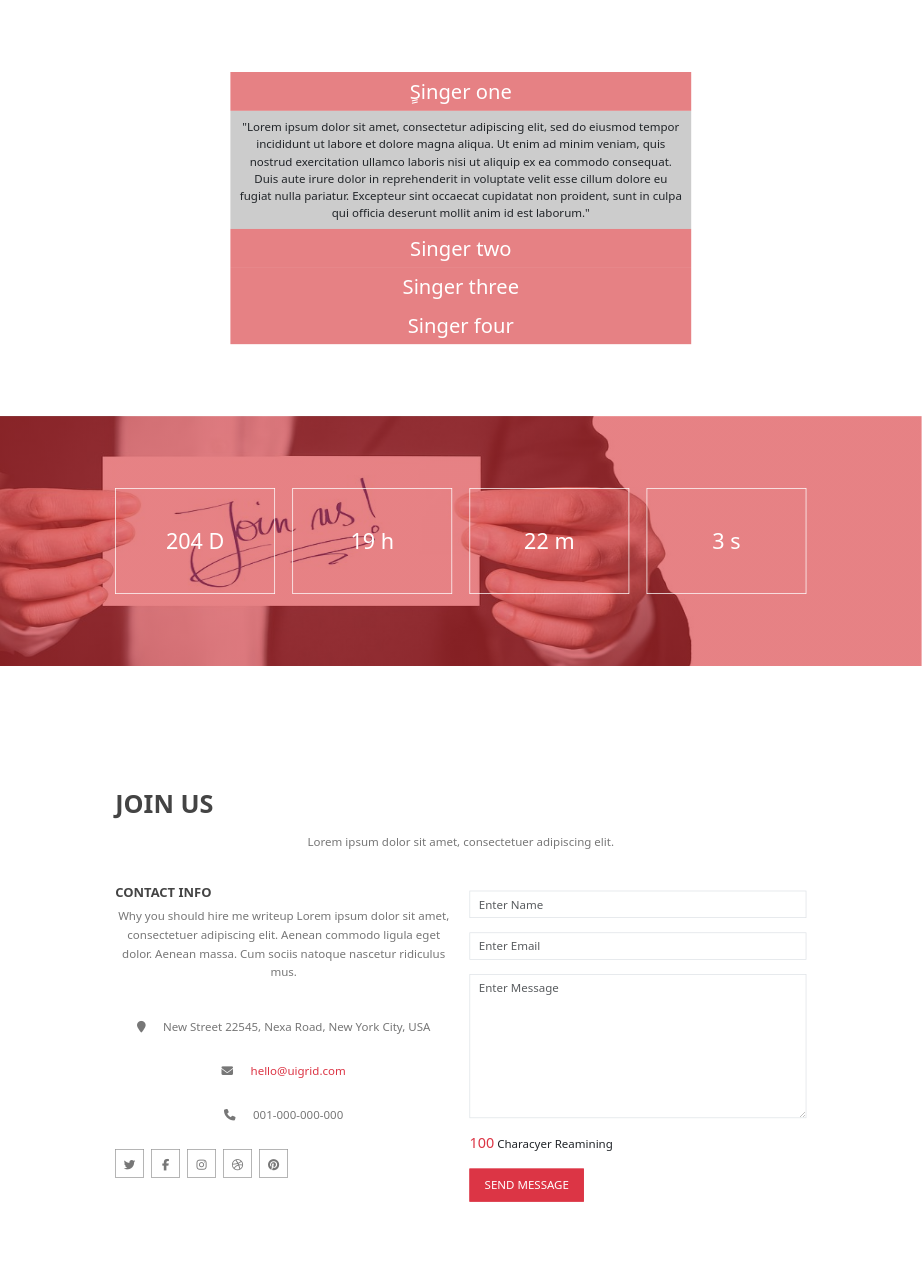
Repository: HagarYousry/jQuery
Page: index.html
An editor plug-in stored every save of this project. The page is shown before and after the next save, followed by the edit.
The browser window is 1280 px wide. The pictures show the whole page, at 72% of full size.

Above is the page before, as saved 2024-07-25 17:58:55.

After the next save:
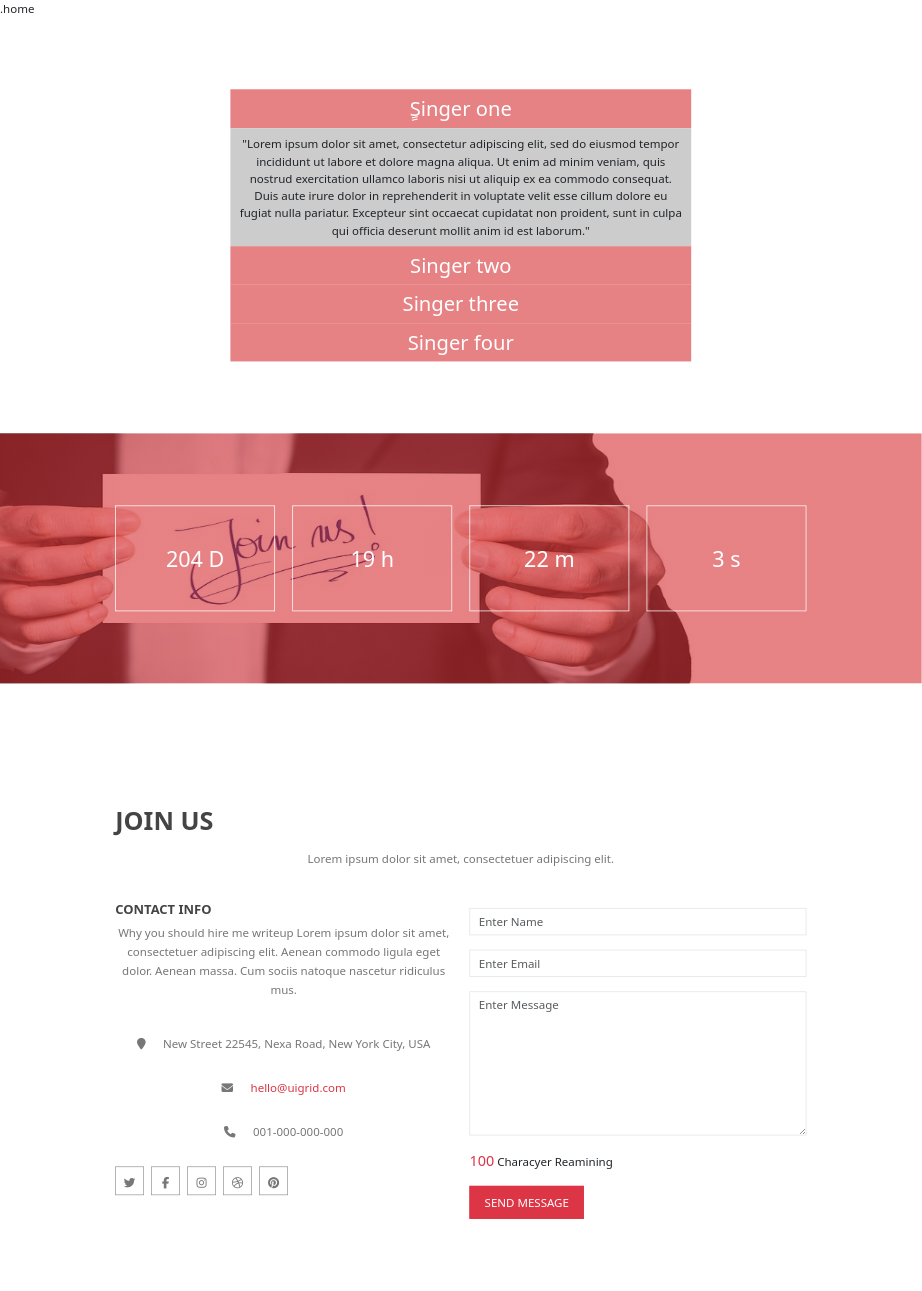
Saved 46 s later.
--- a/index.html
+++ b/index.html
@@ -15,7 +15,7 @@
 
 <body>
     <div id="home">
-
+        .home
     </div>
 
 

After the save that followed:
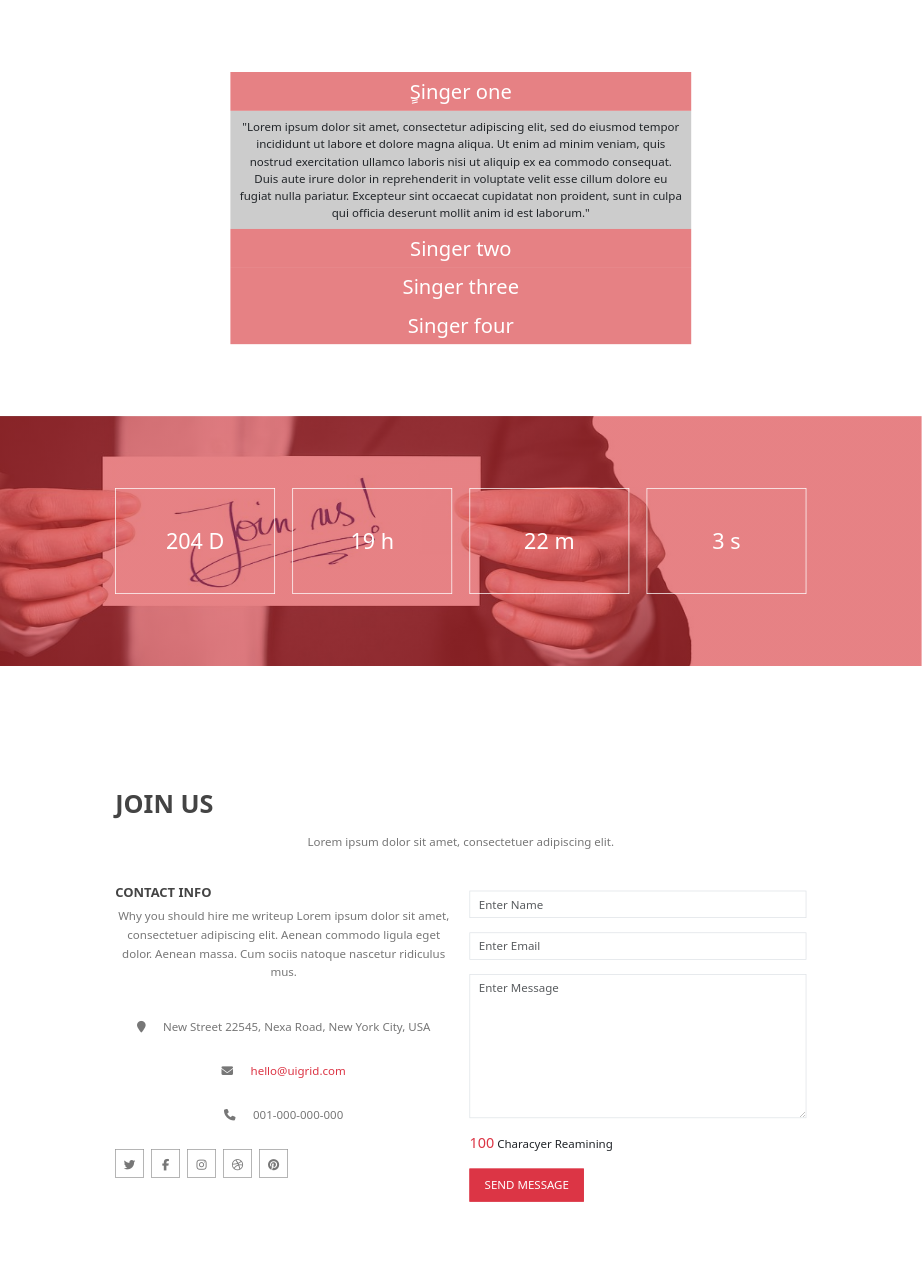
Saved 4 s later.
--- a/index.html
+++ b/index.html
@@ -15,7 +15,9 @@
 
 <body>
     <div id="home">
-        .home
+        <div class="home-content">
+
+        </div>
     </div>
 
 
